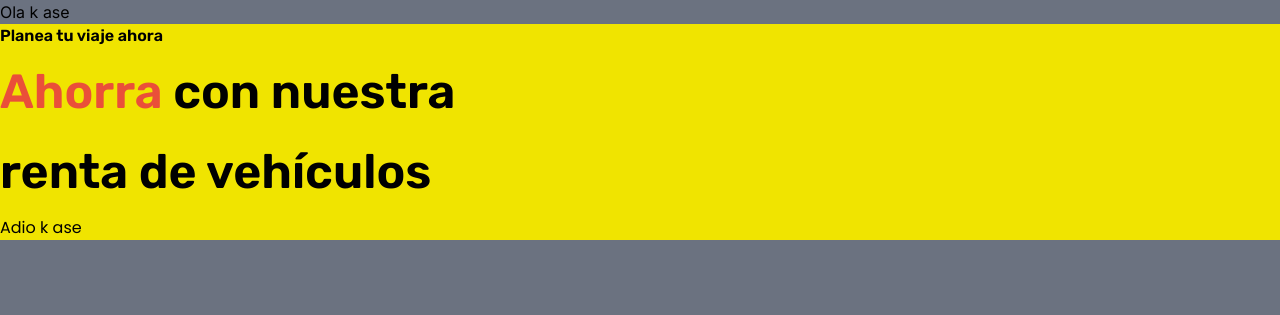
Repository: aldovelacasas/PF_RentCar2
Page: /homePage
The author's editor kept a copy of each file at every save. The page is drawn from the files as they stood at one save, then again after the next save.
The browser window is 1280 px wide. The pictures show the whole page.
The project was rebuilt for these pictures with package versions that can differ from the ones it lists, and the page was loaded fresh each time. The framework's server and built-in components were replaced by stand-ins that run in the browser. Also part of the build but not shown: next.config.js.

Above is the page before, as saved 2023-08-29 18:58:01.

After the next save:
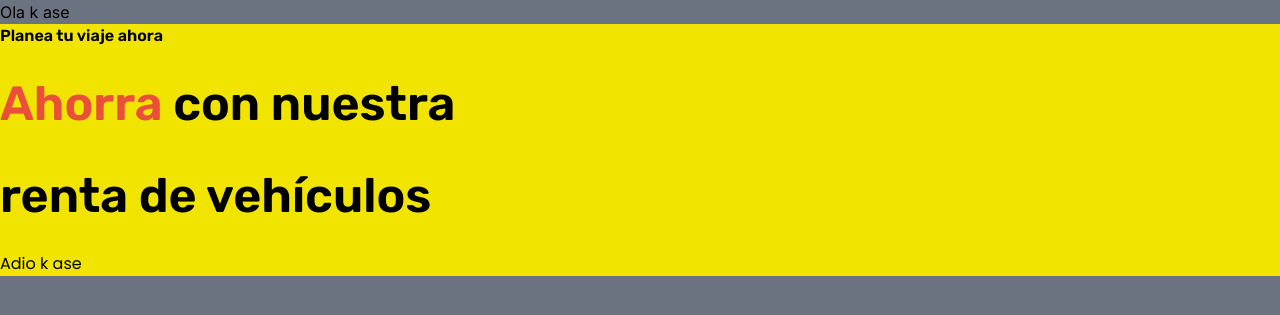
Saved 7 s later.
--- a/src/app/homePage/page.jsx
+++ b/src/app/homePage/page.jsx
@@ -14,7 +14,7 @@ const rubik = fontRubik.className;
 
 function HomePage() {
   return (
-    <div className={`bg-amarillo_status ${rubik} space-y-2`}>
+    <div className={`bg-amarillo_status ${rubik} space-y-5`}>
       <p className={`${poppins.className}`}>Planea tu viaje ahora</p>
       <p className="text-[3em] mb-0 pb-0">
         <span className="text-naranja_enf mb-0 pb-0">Ahorra </span>con nuestra{" "}
